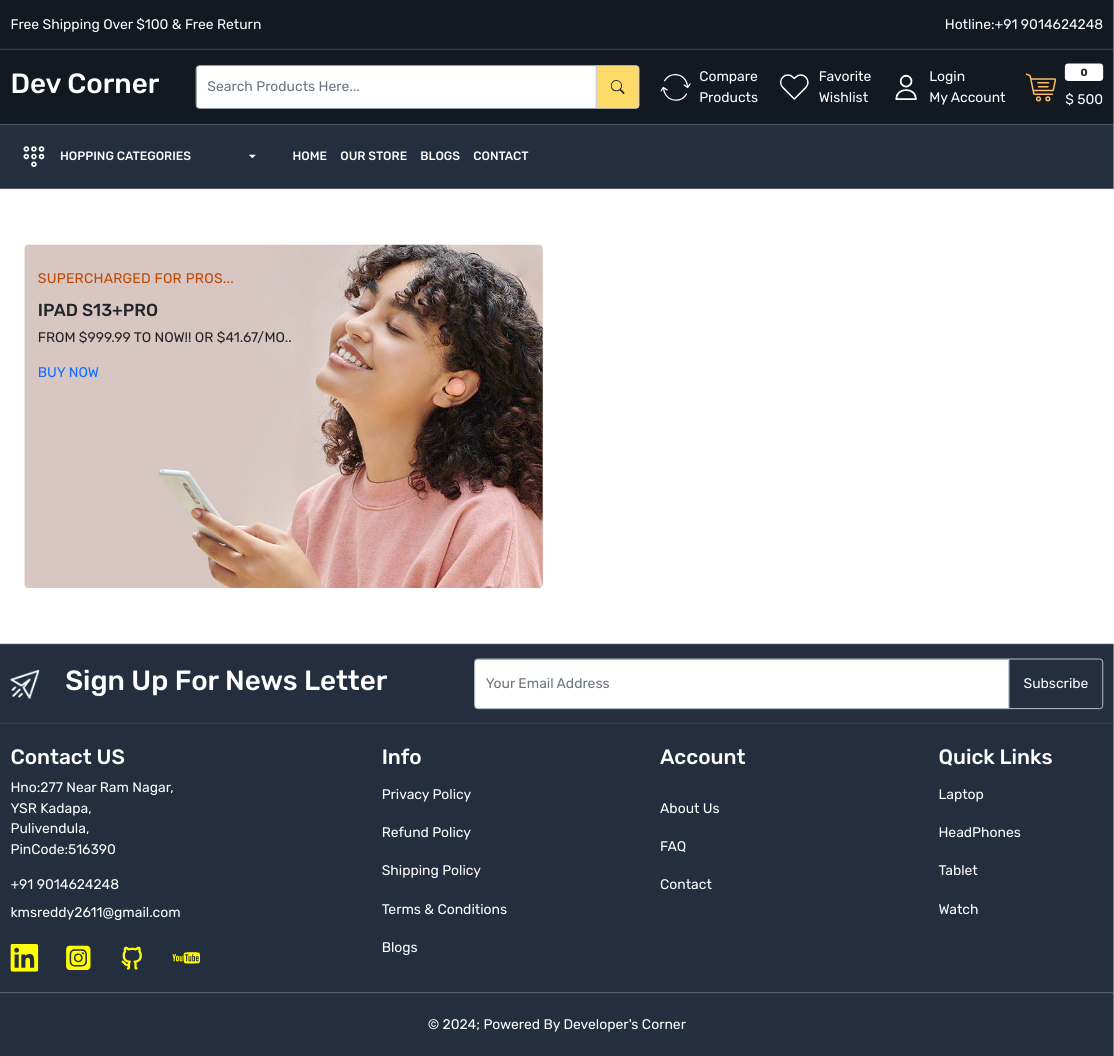
Repository: maniheist/ecommerce-app
Page: /
These files come from the project's save history. The page is drawn as it stood at one moment and after the next save; the edit follows.
The browser window is 1280 px wide. The pictures show the whole page, at 87% of full size.
The project was rebuilt for these pictures with package versions that can differ from the ones it lists, and the page was loaded fresh each time. Also part of the build but not shown: src/pages/About.js, src/pages/Contact.js.

Above is the page before, as saved 2024-02-18 18:23:41.

### public/index.html
<!DOCTYPE html>
<html lang="en">
  <head>
    <meta charset="utf-8" />
    <link rel="icon" href="%PUBLIC_URL%/favicon.ico" />
    <meta name="viewport" content="width=device-width, initial-scale=1" />
    <meta name="theme-color" content="#000000" />
    <meta
      name="description"
      content="Web site created using create-react-app"
    />
    <link rel="apple-touch-icon" href="%PUBLIC_URL%/logo192.png" />

    <link rel="preconnect" href="https://fonts.googleapis.com" />
    <link rel="preconnect" href="https://fonts.gstatic.com" crossorigin />
    <link
      href="https://fonts.googleapis.com/css2?family=Rubik:ital,wght@0,300..900;1,300..900&display=swap"
      rel="stylesheet"
    />
    <link
      href="https://cdn.jsdelivr.net/npm/bootstrap@5.0.2/dist/css/bootstrap.min.css"
      rel="stylesheet"
      integrity="sha384-EVSTQN3/azprG1Anm3QDgpJLIm9Nao0Yz1ztcQTwFspd3yD65VohhpuuCOmLASjC"
      crossorigin="anonymous"
    />
    <link rel="manifest" href="%PUBLIC_URL%/manifest.json" />

    <title>React Redux App</title>
  </head>
  <body>
    <noscript>You need to enable JavaScript to run this app.</noscript>
    <div id="root"></div>
    <script
      src="https://cdn.jsdelivr.net/npm/bootstrap@5.0.2/dist/js/bootstrap.bundle.min.js"
      integrity="sha384-MrcW6ZMFYlzcLA8Nl+NtUVF0sA7MsXsP1UyJoMp4YLEuNSfAP+JcXn/tWtIaxVXM"
      crossorigin="anonymous"
    ></script>
  </body>
</html>

### src/index.js
import React from 'react';
import { createRoot } from 'react-dom/client';

import App from './App';

const container = document.getElementById('root');
const root = createRoot(container);

root.render(

      <App />

);

### src/App.js
import React from 'react';
import './App.css';
import {BrowserRouter,Routes,Route} from "react-router-dom";
import Layout from "./components/Layout";
import Home from "./pages/Home"
import About from "./pages/About"
import Contact from "./pages/Contact"

function App() {
  return (
    <>
      <BrowserRouter>
        <Routes>
        <Route path="/" element={<Layout />}>
<Route index element={<Home />} />
<Route path="about" element={<About />}/>
<Route path="contact" element={<Contact />}/>


        </Route>

        </Routes>
      </BrowserRouter>
    </>

  );
}

export default App;

### src/App.css
*{
  margin:0;
  padding:0;
  box-sizing:border-box;
}
:root{
  --color-131921:#131921;
  --color-3b4149:#3b4149;
--color-febd69:#fedb69;
--color-232f3e:#232f3e;
--color-bf4800:#bf4800;

}
body {
  font-family:"Rubik", sans-serif;
}
a {
  text-decoration:none;
  display:inline-block;
}

.form-control:focus{
  box-shadow:none;
  border-color: inherit;
}

/*header part*/
.header-top-strip{
  border-bottom: 1px solid var(--color-3b4149);
  background-color:var(--color-131921) ;
}

.header-upper{
  background-color: var(--color-131921);
}

.header-bottom{
  background-color: var(--color-232f3e);
}

.header-upper .input-group-text{
  background-color: var(--color-febd69);
}

.header-upper.header-upper-links img{
  width:35px;
  height: 35px;
}

.gap-10{
  gap: 10px;
}

.gap-15{
  gap: 15px;
}

.gap-30{
  gap: 30px;
}
.header-bottom .menu-links a,
.header-bottom .dropdown button
{
  color: white;
  font-size: 14px;
  line-height: 18px;
  font-weight: 480;
  letter-spacing:0.3;
  text-transform: uppercase;
}

.header-bottom .dropdown button:focus{
  box-shadow: none;
}

.header-bottom .dropdown-menu{
  background-color: var(--color-131921);
  width:100%;
  transform: translate3d(0px,57px,0px) !important;
}

.header-bottom .dropdown-item{
  padding:20px;
  margin-bottom: 3px;
  border-bottom: 1px solid var(--color-3b4149)
  ;

}
.header-bottom .dropdown-item:hover{
  background-color: transparent;
  color: var(--color-febd69) !important;
}
/*header part end */


/*footer part  */

footer{
  background-color: var(--color-232f3e);
}



footer:not(:first-child){
  border-top:1px solid rgba(255,255,255,0.1);

}

footer .input-group-text{
  background-color: var(--color-232f3e);
  color:white;
  padding:8px 17px;
}
/* footer part end */

/*Home page*/

.main-banner-content{
  top:10%;
  left:5%;
}

.main-banner-content h4{

  font-size: 16px;
  font-weight: 400;
  line-height: 24px;
  color:var(--color-bf4800);
  margin: 0 0 12px;
  letter-spacing: 0.3px;
  text-transform: uppercase;

}

/* Home Page End */

### src/components/Layout.js
import React from 'react'
import {Outlet} from "react-router-dom";
import Header from "./Header";
import Footer from "./Footer";
const Layout = () => {
  return (
    <>
            <Header />
            <Outlet />
            <Footer />

    </>
  )
}

export default Layout

### src/pages/Home.js
import React from 'react'
import {Link} from 'react-router-dom';
const Home = () => {
  return <>
    <section className='home-wrapper-1 py-5'>
      <div className='container-xxl'>
        <div className='col-6'>
          <div className='main-banner position-relative p-3'>
            <img src='images/main-banner-1.jpg' className='img-fluid rounded-3' alt='main banner' />
            <div className='main-banner-content position-absolute'>
              <h4>SUPERCHARGED FOR PROS...</h4>
              <h5>IPAD S13+PRO</h5>
              <p>FROM $999.99 TO NOW!! OR $41.67/MO..</p>
              <Link>BUY NOW</Link>
            </div>


          </div>
        </div>
        <div className='col-6'></div>
      </div>
    </section>
  </>
}

export default Home

### src/components/Header.js
import React from 'react'
import {NavLink,Link} from "react-router-dom"
import {BsSearch} from "react-icons/bs"
const Header = () => {
  return <>
  <header className='header-top-strip py-3'>
    <div className='container-xxl'>
      <div className='row'>
        <div className='col-6'>
          <p className='text-white mb-0'>Free Shipping Over $100 & Free Return</p>
        </div>
        <div className='col-6'>
          <p className='text-end text-white mb-0'>
            Hotline:
            <a className='text-white' href='tel:+9014624248'>+91 9014624248</a>
          </p>
        </div>
      </div>
    </div>
  </header>
  <header className='header-upper py-3'>
    <div className='container-xxl'>
      <div className='row align-items-center'>
        <div className='col-2'>
          <h2><Link className='text-white'>
            Dev Corner
          </Link></h2>
        </div>
        <div className='col-5'>
          <div className="input-group">
  <input type="text" className="form-control py-2" placeholder="Search Products Here..." aria-label="Search Products Here..." aria-describedby="basic-addon2"/>
  <span className="input-group-text p-3" id="basic-addon2"><BsSearch className='fs-6' /></span>
</div>
        </div>
        <div className='col-5'>
          <div className='header-upper-links d-flex align-items-center justify-content-between'>
            <div>
              <Link className='d-flex align-items-center gap-10 text-white'>
              <img src="/images/compare.svg" alt='compare' />
                <p className='mb-0'>Compare <br /> Products</p>
              </Link>
            </div>
            <div>
              <Link className='d-flex align-items-center gap-10 text-white'>
              <img src="/images/wishlist.svg" alt='wishlist' />
                <p className='mb-0'>Favorite <br /> Wishlist</p>
              </Link>
            </div>
            <div>
              <Link className='d-flex align-items-center gap-10 text-white'>
              <img src="/images/user.svg" alt='user' />
                <p className='mb-0'>Login <br /> My Account</p>
              </Link>
            </div>
            <div>
              <Link className='d-flex align-items-center gap-10 text-white'>
            <img src="/images/cart.svg" alt='cart' />
                <div className='d-flex flex-column gap-10'>
                <span className='badge bg-white text-dark'>0</span>
                <p className='mb-0'>$ 500</p>

                </div>
              </Link>
            </div>
          </div>
        </div>
      </div>
    </div>
  </header>
<header className='header-bottom py-3'>
  <div className='container-xxl'>
    <div className='row'>
      <div className='col-12'>
        <div className='menu-bottom d-flex align-items-center gap-30'>
        <div>
          <div className="dropdown">
  <button className="btn btn-secondary dropdown-toggle bg-transparent border-0 gap-15 d-flex align-items-center" type="button" id="dropdownMenuButton1" data-bs-toggle="dropdown" aria-expanded="false">
    <img src="images/menu.svg" alt=""/><span className='me-5 d-inline-blocto'>hopping Categories</span>
  </button>
  <ul className="dropdown-menu" aria-labelledby="dropdownMenuButton1">
    <li><to className="dropdown-item text-white" to="">Pants</to></li>
    <li><to className="dropdown-item text-white" to="">Shirts</to></li>
    <li><to className="dropdown-item text-white" to="">Shorts</to></li>
  </ul>
</div>
        </div>
        <div className='menu-links'>
          <div className='d-flex align-items-center gap-15'>
            <NavLink className='text-white' to="/">Home</NavLink>
            <NavLink className='text-white' to="/">Our Store</NavLink>
            <NavLink className='text-white' to="/">Blogs</NavLink>
            <NavLink className='text-white' to="/contact">Contact</NavLink>
          </div>
        </div>

        </div>
      </div>
    </div>
  </div>
</header>


  </>
}

export default Header

### src/components/Footer.js

import React from 'react'
import { SiLinkedin } from "react-icons/si";
import { RiGithubLine } from "react-icons/ri";
import { ImYoutube2 } from "react-icons/im";
import { FaSquareInstagram } from "react-icons/fa6";
import {Link} from 'react-router-dom';
const Footer = () => {
  return <>
    <footer className='py-3'>
        <div className='container-xxl'>
            <div className='row align-items-center'>
                <div className='col-5'>
                    <div className='footer-top-data d-flex gap-30 align-items-center'>
                        <img src="images/newsletter.png" alt="newsletter" />
                        <h2 className='text-white'>Sign Up For News Letter</h2>
                    </div>
                </div>
                <div className='col-7'>
                    <div className="input-group">
  <input type="text" className="form-control py-1" placeholder="Your Email Address" aria-label="Your Email Address..." aria-describedby="basic-addon2"/>
  <span className="input-group-text p-3" id="basic-addon2">Subscribe</span>
</div>
                </div>
            </div>
        </div>
    </footer>
    <footer className='py-4'>
        <div className='container-xxl'>
            <div className="row">
                <div className='col-4'>
                <h4 className="text-white">Contact US</h4>
                <div>
                    <address className='text-white fs-6'>Hno:277 Near Ram Nagar,
                    <br />YSR Kadapa, <br />Pulivendula,<br />PinCode:516390</address>

                    <a href='tel:+91 9014624248' className='mt-3 d-block mb-1 text-white'>+91 9014624248</a>
                    <a href='mailto:kmsreddy2611@gmail.com' className='mt-2 d-block mb-0 text-white'>kmsreddy2611@gmail.com</a>
                    <div className='social_icons d-flex align-items-center gap-30 mt-4'>
                    <a className="text-white" href=''>
                    <SiLinkedin className='fs-2' color="yellow"/>
                    </a>
                    <a className="text-white" href=''>
                    <FaSquareInstagram className='fs-2' color='yellow'/>
                    </a>

                    <a className="text-white" href=''>
                    <RiGithubLine className='fs-2' color='yellow'/>

                    </a>
                    <a className="text-white" href=''>
                    <ImYoutube2  className='fs-2' color="yellow"/>
                    </a>

                    </div>

                </div>
                </div>
                <div className='col-3'>
                <h4 className="text-white md-4">Info</h4>
                <div className='footer-links d-flex flex-column'>
                    <Link className="text-white py-2 mb-1">Privacy Policy</Link>
                    <Link className="text-white py-2 mb-1">Refund Policy</Link>
                    <Link className="text-white py-2 mb-1">Shipping Policy</Link>
                    <Link className="text-white py-2 mb-1">Terms & Conditions</Link>
                    <Link className="text-white py-2 mb-1">Blogs</Link>
                </div>
                </div>
                <div className='col-3'>
                <h4 className="text-white mb-4">Account</h4>
                <div className='footer-links d-flex flex-column'>
                    <Link className="text-white py-2 mb-1">About Us</Link>
                    <Link className="text-white py-2 mb-1">FAQ</Link>
                    <Link className="text-white py-2 mb-1">Contact</Link>
                </div>
                </div>
                <div className='col-2'>
                <h4 className="text-white">Quick Links</h4>
                <div className='footer-links d-flex flex-column'>
                    <Link className="text-white py-2 mb-1">Laptop</Link>
                    <Link className="text-white py-2 mb-1">HeadPhones</Link>
                    <Link className="text-white py-2 mb-1">Tablet</Link>
                    <Link className="text-white py-2 mb-1">Watch</Link>
                </div>
                </div>
            </div>
        </div>
    </footer>
    <footer className='py-4'>
        <div className='container-xxl'>
            <div className='row'>
                <div className='col-12'>
                <p className='text-center mb-0 text-white'>&copy; { new Date().getFullYear()}; Powered By Developer's Corner</p>

                </div>
            </div>
        </div>
    </footer>
  </>


}

export default Footer

After the next save:
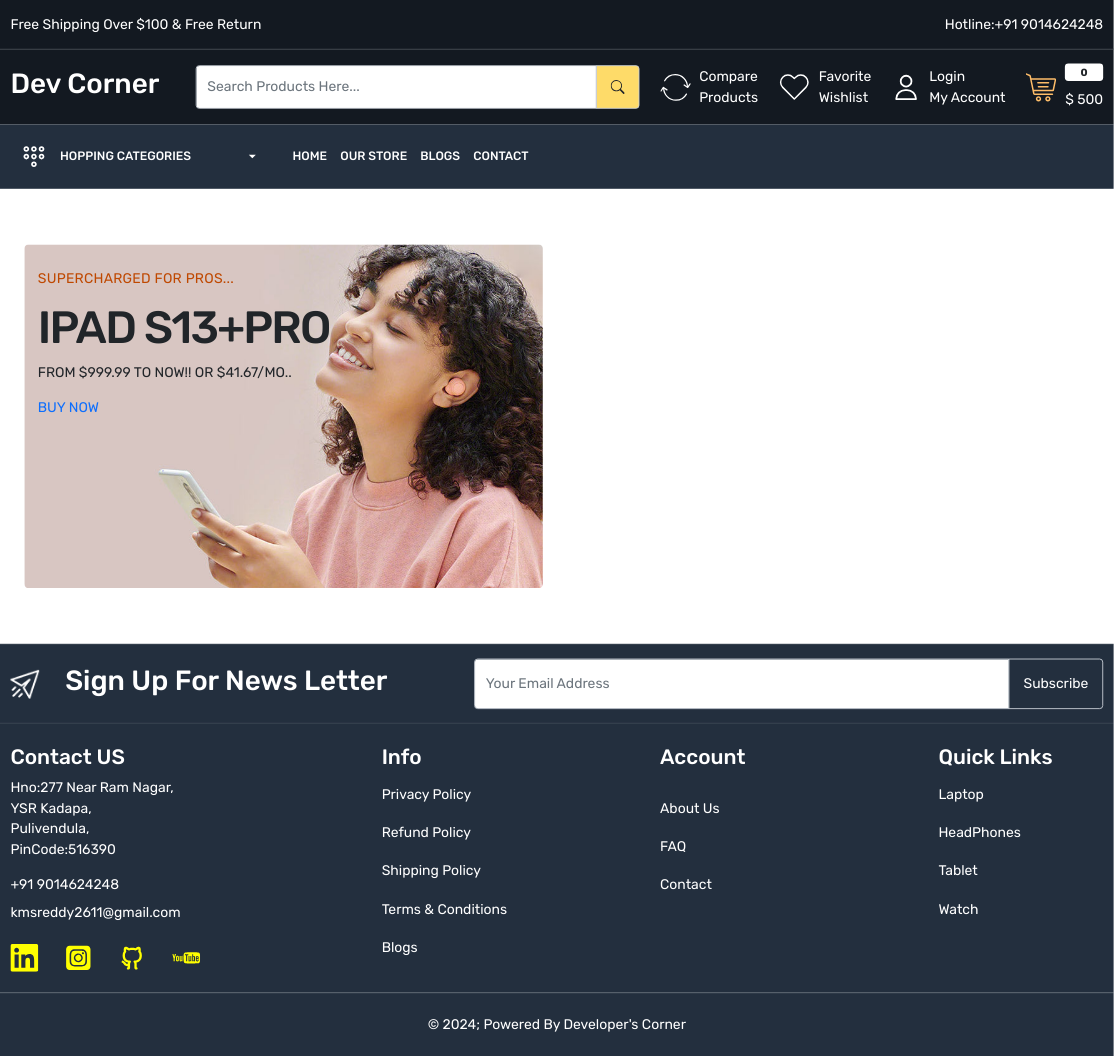
Saved 102 s later.
--- a/src/App.css
+++ b/src/App.css
@@ -132,4 +132,13 @@
 
 }
 
+.main-banner-content h5{
+  font-size: 52px;
+  font-weight: 500;
+  line-height: 64px;
+  letter-spacing: -2px;
+  text-transform: none;
+
+}
+
 /* Home Page End */
